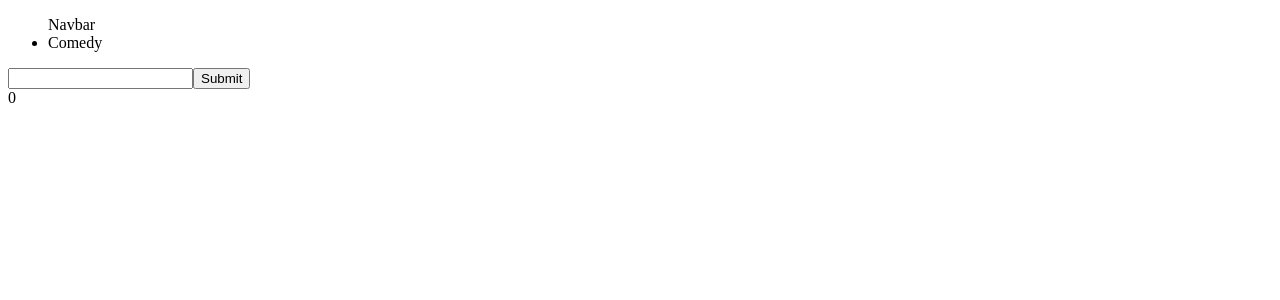
Repository: sue-raisianzadeh/Flimflix
Page: /
These files come from the project's save history. The page is drawn as it stood at one moment and after a run of saves; the edit follows.
The browser window is 1280 px wide. The pictures show the whole page.
The page's requests for data from a server got no answer. The project was rebuilt for these pictures with package versions that can differ from the ones it lists, and the page was loaded fresh each time. No one was signed in, and anything a server would have sent is missing.

Above is the page before, as saved 2023-03-24 11:04:23.

After the next 2 saves:
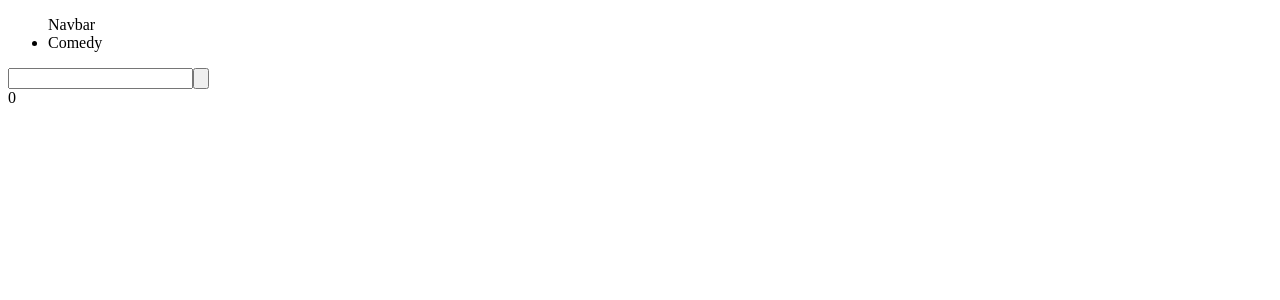
The 2 saves are shown as one change because they came seconds apart.
The last was saved 11 s later.
--- a/client/components/Searchbar.tsx
+++ b/client/components/Searchbar.tsx
@@ -5,7 +5,22 @@ const Searchbar = () => {
     <div>
       <form >
           <input className='searchBar' type="text" />
-          <button className='sumbitButton' type='submit'>Submit</button>
+        <button className='sumbitButton' type='submit'>
+        <svg
+              xmlns="http://www.w3.org/2000/svg"
+              fill="none"
+              viewBox="0 0 24 24"
+              strokeWidth={1.5}
+              stroke="currentColor"
+              className="w-8 h-8 text-slate-300"
+            >
+              <path
+                strokeLinecap="round"
+                strokeLinejoin="round"
+                d="M21 21l-5.197-5.197m0 0A7.5 7.5 0 105.196 5.196a7.5 7.5 0 0010.607 10.607z"
+              />
+            </svg>
+          </button>
       </form>
     </div>
   )
